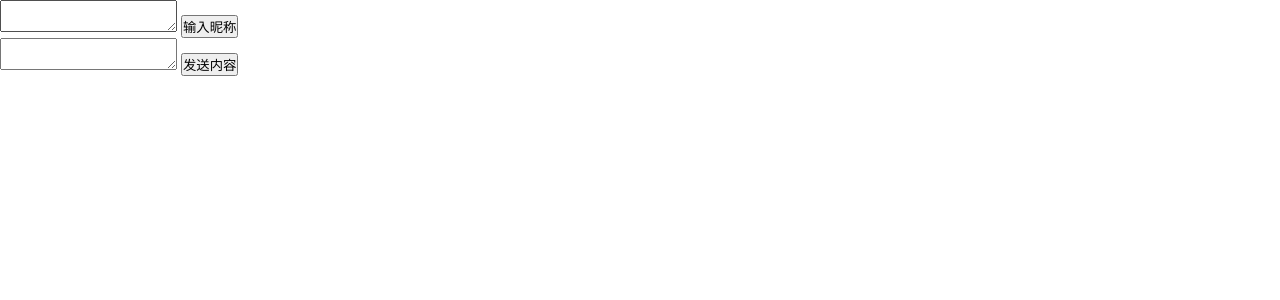
Repository: wyy511/node-socket.io
Page: client.html
An editor plug-in stored every save of this project. The page is shown before and after the next save, followed by the edit.
The browser window is 1280 px wide. The pictures show the whole page.
Empty fields were first filled with sample values (such as "Sample", 5 or name@example.com).
After loading, the first visible `#nameBtn` was clicked once.
The page's requests for data from a server got no answer. Some web libraries are served in a nearby version.

Above is the page before, as saved 2019-11-20 21:28:33.

### client.html
<!DOCTYPE html>
<html lang="en">
<head>
  <meta charset="UTF-8">
  <meta name="viewport" content="width=device-width, initial-scale=1.0">
  <meta http-equiv="X-UA-Compatible" content="ie=edge">
  <title>吴瑶瑶的聊天室</title>
  <style>
    *{
      margin: 0;
      padding: 0;
    }
    #msgBox {
      display: none;
    }
  </style>
</head>
<body>
  <textarea id="name"></textarea>
  <button id="nameBtn">输入昵称</button>
  <div id="msgBox">
    <textarea id="msg"></textarea>
    <button id="msgBtn">发送内容</button>
  </div>
  <script type="text/javascript" src="https://cdn.bootcss.com/socket.io/2.3.0/socket.io.js"></script>
  <script type="text/javascript">
    var socket = io.connect('/');
    var name = '';
    const msgBtn = document.getElementById('msgBtn');
    const msgEl = document.getElementById('msg');
    const nameBtn = document.getElementById('nameBtn');
    const nameEl = document.getElementById('name');
    const msgBox = document.getElementById('msgBox');
    nameBtn.onclick = () => {
      const val = nameEl.value;
      if (!val) return;
      name = val;
      socket.emit('changeName', {name});
      nameEl.value = '';
      msgBox.style.display = 'block';
    }
    // 如果客户端监听到socket消息，那么执行这个方法里的回调，且得到广播的消息
    socket.on("changeName", (msg) => {
      if (!msg) return;
      var p = document.createElement("p");
      p.innerText = msg;
      document.body.appendChild(p);
    })
    msgBtn.onclick = () => {
      const val = msgEl.value;
      if (!val) return;
      socket.emit('chat', val);
      msgEl.value = '';
    }
    // 如果客户端监听到socket消息，那么执行这个方法里的回调，且得到广播的消息
    socket.on("chat", (msg) => {
      if (!msg) return;
      var p = document.createElement("p");
      p.innerText = msg;
      document.body.appendChild(p);
    })
  </script>
</body>
</html>

After the next save:
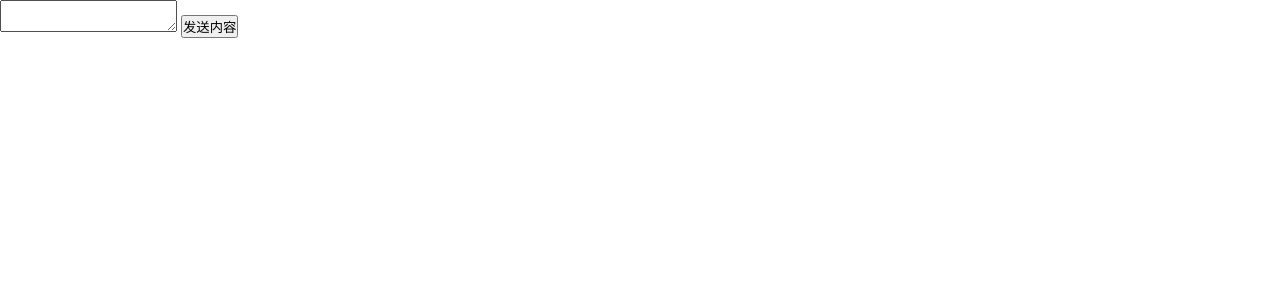
Saved 51 s later.
--- a/client.html
+++ b/client.html
@@ -16,8 +16,10 @@
   </style>
 </head>
 <body>
-  <textarea id="name"></textarea>
-  <button id="nameBtn">输入昵称</button>
+  <div id="nameBox">
+    <textarea id="name"></textarea>
+    <button id="nameBtn">输入昵称</button>
+  </div>
   <div id="msgBox">
     <textarea id="msg"></textarea>
     <button id="msgBtn">发送内容</button>
@@ -31,12 +33,14 @@
     const nameBtn = document.getElementById('nameBtn');
     const nameEl = document.getElementById('name');
     const msgBox = document.getElementById('msgBox');
+    const nameBox = document.getElementById('nameBox');
     nameBtn.onclick = () => {
       const val = nameEl.value;
       if (!val) return;
       name = val;
       socket.emit('changeName', {name});
       nameEl.value = '';
+      nameBox.style.display = 'none';
       msgBox.style.display = 'block';
     }
     // 如果客户端监听到socket消息，那么执行这个方法里的回调，且得到广播的消息
